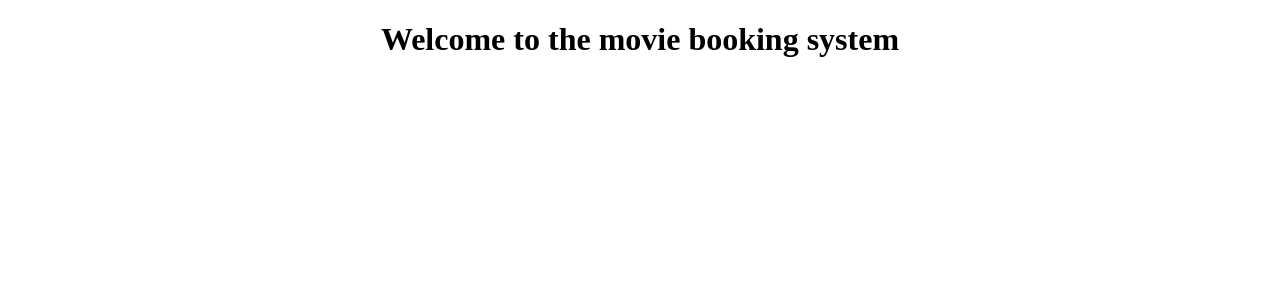
Repository: shesha1096/Java-Programs
Page: http://localhost/MovieTicketBooking/
These files come from the project's save history. The page is drawn as it stood at one moment and after the next save; the edit follows.
The browser window is 1280 px wide. The pictures show the whole page.
The page is served by Tomcat 9. Other server files are loaded and not shown.

Above is the page before, as saved 2018-07-21 06:12:24.

### MovieTicketBooking/WebContent/index.jsp
<%@ page language="java" contentType="text/html; charset=ISO-8859-1"
    pageEncoding="ISO-8859-1"%>
<!DOCTYPE html PUBLIC "-//W3C//DTD HTML 4.01 Transitional//EN" "http://www.w3.org/TR/html4/loose.dtd">
<html>
<head>
<meta http-equiv="Content-Type" content="text/html; charset=ISO-8859-1">
<title>Movie Ticket Booking</title>
</head>
<body>
<h1 style="text-align:center"> Welcome to the movie booking system</h1>
</body>
</html>

After the next save:
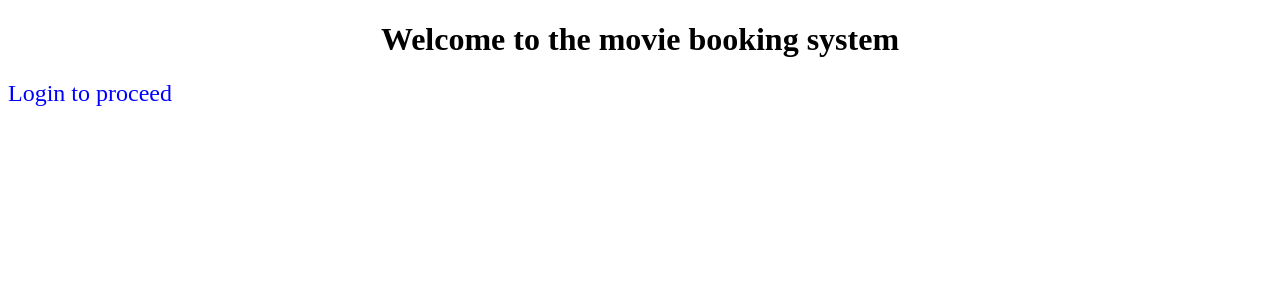
Saved 47 s later.
--- a/MovieTicketBooking/WebContent/index.jsp
+++ b/MovieTicketBooking/WebContent/index.jsp
@@ -8,5 +8,6 @@
 </head>
 <body>
 <h1 style="text-align:center"> Welcome to the movie booking system</h1>
+<font size="5" color="blue"> Login to proceed</font>
 </body>
 </html>
